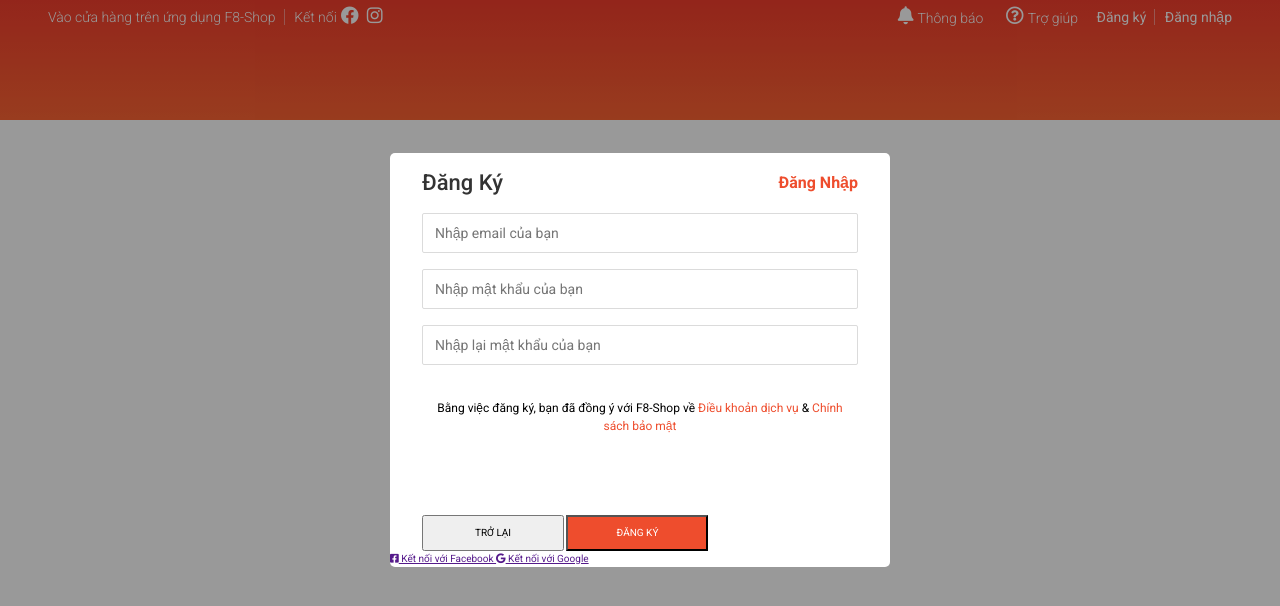
Repository: huynhnhan112/Shopee_Homepage
Page: index.html
An editor plug-in stored every save of this project. The page is shown before and after the next save, followed by the edit.
The browser window is 1280 px wide. The pictures show the whole page.

Above is the page before, as saved 2021-11-19 14:32:44.

### index.html
<!DOCTYPE html>
<html lang="en">

<head>
    <meta charset="UTF-8">
    <meta http-equiv="X-UA-Compatible" content="IE=edge">
    <meta name="viewport" content="width=device-width, initial-scale=1.0">
    <link rel="stylesheet" href="https://cdnjs.cloudflare.com/ajax/libs/normalize/8.0.1/normalize.min.css"
        integrity="sha512-NhSC1YmyruXifcj/KFRWoC561YpHpc5Jtzgvbuzx5VozKpWvQ+4nXhPdFgmx8xqexRcpAglTj9sIBWINXa8x5w=="
        crossorigin="anonymous" referrerpolicy="no-referrer" />
    <link rel="preconnect" href="https://fonts.googleapis.com">
    <link rel="preconnect" href="https://fonts.gstatic.com" crossorigin>
    <link href="https://fonts.googleapis.com/css2?family=Roboto:wght@100;300;400;500;700&display=swap" rel="stylesheet">
    <link rel="stylesheet" href="./assets/fonts/fontawesome-free-5.15.4/fontawesome-free-5.15.4-web/css/all.min.css">
    <link rel="stylesheet" href="./assets/css/base.css">
    <link rel="stylesheet" href="./assets/css/style.css">
    <title>F8 - Shop</title>
</head>

<body>
    <div class="app">
        <header class="header">
            <div class="grid">
                <nav class="header__navbar">
                    <ul class="header__navbar-list">
                        <li class="header__navbar-item header__navbar-item--qr header__navbar-item--separate">Vào cửa
                            hàng trên ứng dụng F8-Shop
                            <div class="header__qr">
                                <img src="./assets/img/qr_code.png" alt="QR code" class="header__qr-img">
                                <div class="header__qr-apps">
                                    <a href="" class="header__qr-link">
                                        <img src="./assets/img/google_play.png" alt="Google Play"
                                            class="header__qr-download">
                                    </a>
                                    <a href="" class="header__qr-link">
                                        <img src="./assets/img/app_store.png" alt="App Store"
                                            class="header__qr-download">
                                    </a>
                                </div>
                            </div>
                        </li>
                        <li class="header__navbar-item">
                            <span class="header__navbar-title">Kết nối</span>
                            <a href="#" class="header__navbar-icon-link">
                                <i class="header__navbar-icon fab fa-facebook"></i>
                            </a>
                            <a href="#" class="header__navbar-icon-link">
                                <i class="header__navbar-icon fab fa-instagram"></i>
                            </a>
                        </li>
                    </ul>
                    <ul class="header__navbar-list">
                        <li class="header__navbar-item header__navbar-item--show-notify">
                            <a href="#" class="header__navbar-item-link">
                                <i class="header__navbar-icon fas fa-bell"></i>
                                Thông báo
                            </a>
                            <div class="header__notify">
                                <header class="header__notify-header">
                                    <h3>Thông Báo Mới Nhận</h3>
                                </header>
                                <ul class="header__notify-list">
                                    <li class="header__notify-item header__notify-item--viewed">
                                        <a href="" class="header__notify-link">
                                            <img src="https://img.abaha.vn/photos/origin/83-1586781803-myphamohui-lgvina.png"
                                                alt="" class="header__notify-img">
                                            <div class="header__notify-info">
                                                <span class="header__notify-name">Ohui chính thức ra mắt dòng son
                                                    lì mới The First Genture Lipstick</span>
                                                <span class="header__notify-description">Một lần môi căng mềm, quyến
                                                    rũ với sắc màu nổi bật luôn là điều mà các quý cô ao
                                                    ước</span>
                                            </div>
                                        </a>
                                    </li>
                                    <li class="header__notify-item header__notify-item--viewed">
                                        <a href="" class="header__notify-link">
                                            <img src="https://img.abaha.vn/photos/origin/83-1586781803-myphamohui-lgvina.png"
                                                alt="" class="header__notify-img">
                                            <div class="header__notify-info">
                                                <span class="header__notify-name">Xác thực chính hãng nguồn gốc
                                                    các sản phẩm Ohui</span>
                                                <span class="header__notify-description">HiddenTag là xác thực hàng
                                                    chính hãng bằng công nghệ tiên tiến nhất hiện nay</span>
                                            </div>
                                        </a>
                                    </li>
                                    <li class="header__notify-item">
                                        <a href="" class="header__notify-link">
                                            <img src="https://img.abaha.vn/photos/origin/83-1586781803-myphamohui-lgvina.png"
                                                alt="" class="header__notify-img">
                                            <div class="header__notify-info">
                                                <span class="header__notify-name">Sale sốc bộ dưỡng Ohui The First
                                                    tái tạo trả hóa da SALE OFF 70%</span>
                                                <span class="header__notify-description">Giá chỉ còn 375.000(giá
                                                    gốc 1.250.000 vnđ)</span>
                                            </div>
                                        </a>
                                    </li>
                                </ul>
                                <footer class="header__notify-footer">
                                    <a href="" class="header__notify-footer-btn">Xem tất cả</a>
                                </footer>
                            </div>
                        </li>
                        <li class="header__navbar-item">
                            <a href="#" class="header__navbar-item-link">
                                <i class="header__navbar-icon far fa-question-circle"></i>
                                Trợ giúp
                            </a>
                        </li>
                        <li class="header__navbar-item header__navbar-item--strong header__navbar-item--separate">Đăng
                            ký</li>
                        <li class="header__navbar-item header__navbar-item--strong">Đăng nhập</li>
                    </ul>
                </nav>
            </div>
        </header>

        <div class="container">

        </div>

        <footer class="footer">

        </footer>
    </div>

    <!-- Modal Layout -->
    <div class="modal">
        <div class="modal__overclay"></div>
        <div class="modal__body">

            <!-- Authen form -->
            <div class="auth-form">
                <div class="auth-form__container">
                    <div class="auth-form__header">
                        <h3 class="auth-form__heading">Đăng Ký</h3>
                        <span class="auth-form__switch-btn">Đăng Nhập</span>
                    </div>
                    <div class="auth-form__form">
                        <div class="auth-form__group">
                            <input type="text" class="auth-form__input" placeholder="Nhập email của bạn">
                        </div>
                        <div class="auth-form__group">
                            <input type="text" class="auth-form__input" placeholder="Nhập mật khẩu của bạn">
                        </div>
                        <div class="auth-form__group">
                            <input type="text" class="auth-form__input" placeholder="Nhập lại mật khẩu của bạn">
                        </div>
                    </div>
                    <div class="auth-form__aside">
                        <p>Bằng việc đăng ký, bạn đã đồng ý với F8-Shop về <a href="#">Điều khoản dịch
                                vụ</a> & <a href="#">Chính sách bảo mật</a></p>
                    </div>
                    <div class="auth-form__controls">
                        <button class="btn">TRỞ LẠI</button>
                        <button class="btn btn--primary">ĐĂNG KÝ</button>
                    </div>
                </div>
                <div class="auth-form__socials">
                    <a href="" class="btn btn--with--icon">
                        <i class="fab fa-facebook-square"></i>
                        Kết nối với Facebook
                    </a>
                    <a href="" class="btn btn--with--icon">
                        <i class="fab fa-google"></i>
                        Kết nối với Google
                    </a>
                </div>
            </div>
        </div>
    </div>
</body>

</html>

### assets/css/base.css
:root{
    --white-color: #fff;
    --black-color: #000;
    --text-color: #333;
    --primary-color: #ee4d2d;
    --border-color: #dbdbdb;
}

*{
    box-sizing: inherit;
}

html{
    font-size: 62.5%;
    line-height: 1.6rem;
    font-family: 'Roboto', sans-serif;
    box-sizing: border-box;
}

.grid{
    width: 1200px;
    max-width: 100%;
    margin: 0 auto;
}

.grid__full_width{
    width: 100%;
}

.gid__row{
    display: flex;
    flex-wrap: wrap;
}

@keyframes fadeIn {
    from{
        opacity: 0;
    }
    to{
        opacity: 1;
    }
}

/* Modal */
.modal{
    position: fixed;
    top: 0;
    left: 0;
    right: 0;
    bottom: 0;
    display: flex;
}

.modal__overclay{
    position: absolute;
    width: 100%;
    height: 100%;
    background-color: rgba(0,0,0,0.4);
}

.modal__body{
    position: relative;
    background-color: var(--white-color);
    margin: auto;
    z-index: 1;
    border-radius: 5px;
}

/* Button style */
.btn{
    min-width: 142px;
    height: 36px;
}

.btn.btn--primary{
    background-color: var(--primary-color);
    color: var(--white-color);
}

### assets/css/style.css
.header{
    height: 120px;
    background-image: linear-gradient(0, #fe6433, #f53e2d);
}

.header__navbar{
    display: flex;
    justify-content: space-between;
    min-height: 26px;
}

.header__navbar-list{
    list-style: none;
    padding-left: 0;
    margin-top: 4px;
}

.header__navbar-item{
    margin: 0 8px;
    position: relative;
    min-height: 26px;
}

.header__navbar-item,
.header__navbar-item-link{
    display: inline-block;
    font-size: 1.4rem;
    color: var(--white-color);
    text-decoration: none;
    font-weight: 300;
}

.header__navbar-item,
.header__navbar-item-link,
.header__navbar-icon-link{
    display: inline-flex;
    align-items: center;
}

.header__navbar-item:hover,
.header__navbar-item-link:hover,
.header__navbar-icon-link:hover{
    color: rgba(255,255,255, 0.7);
    cursor: pointer;
}

.header__navbar-item--strong{
    font-weight: 400;
}

.header__navbar-item--separate::after{
    content: '';
    display: block;
    position: absolute;
    border-left: 1px solid #FB9086;
    height: 16px;
    right: -9px;
    top: 50%;
    transform: translateY(-50%);
}

.header__navbar-icon-link{
    color: var(--white-color);
    text-decoration: none;
}

.header__navbar-icon{
    font-size: 1.8rem;
    margin: 0 4px 5px;
}

.header__navbar-title{
    cursor: text;
    color: var(--white-color);
}

/* Header QR Code */
.header__qr{
    background-color: var(--white-color);
    width: 186px;
    position: absolute;
    left: 0;
    top: 160%;
    padding: 8px;
    border-radius: 2px;
    display: none;
    animation: fadeIn ease-in-out 0.3s;
}

.header__qr::before{
    content: '';
    position: absolute;
    display: block;
    width: 100%;
    height: 20px;
    top: -16px;
    left: 0;
}

.header__navbar-item--qr:hover .header__qr{
    display: block;
}

.header__qr-img{
    width: 100%;
}

.header__qr-apps{
    display: flex;
    justify-content: space-between;
}

.header__qr-link:first-child{
    margin-left: 11px;
}

.header__qr-link:last-child{
    margin-right: 11px;
}

.header__qr-download{
    height: 15px;
}

/* Header Notifycation */
.header__notify{
    position: absolute;
    top: 150%;
    right: 0;
    width: 404px;
    border: 1px solid #d3d3d3;
    background-color: var(--white-color);
    cursor: default;
    transform-origin: calc(100% - 20px) top;
    animation: headerNotify ease-in-out 0.3s;
    will-change: opacity, transform;
    display: none;
}

.header__notify::before{
    content: '';
    border: 20px solid;
    border-color: transparent transparent var(--white-color) transparent;
    position: absolute;
    right: 10px;
    top: -29px;
}

.header__notify::after{
    content: '';
    display: block;
    width: 90px;
    height: 20px;
    position: absolute;
    right: 0;
    top: -15px;
}

@keyframes headerNotify {
    from{
        transform: scale(0);
        opacity: 0;
    }
    to{
        transform: scale(1);
        opacity: 1;
    }
}

.header__navbar-item--show-notify:hover .header__notify{
    display: block;
}

.header__notify-header{
    height: 40px;
    background-color: var(--white-color);
}

.header__notify-header h3{
    color: #999;
    margin: 0 0 0 12px;
    font-weight: 400;
    font-size: 1.5rem;
    line-height: 40px;
    user-select: none;
}

.header__notify-list{
    padding-left: 0;
}

.header__notify-item{
    display: flex;
}

.header__notify-item:hover{
    background-color: #f7f7f7;
}

.header__notify-item--viewed{
    background-color: rgba(238,75,43,0.08);
}

.header__notify-link{
    display: flex;
    width: 100%;
    padding: 12px;
    text-decoration: none;
}

.header__notify-img{
    width: 48px;
    object-fit: contain;
}

.header__notify-info{
    margin-left: 1.2rem;
    /* line-height: 2.4rem; */
}

.header__notify-name{
    display: block;
    font-size: 1.4rem;
    color: var(--text-color);
    font-weight: 500;
    line-height: 1.8rem;
}

.header__notify-description{
    display: block;
    font-size: 1.2rem;
    color: #756f6e;
    font-weight: 400;
    margin-top: 0.4rem;
}

.header__notify-footer{
    text-align: center;
}

.header__notify-footer-btn{
    text-decoration: none;
    color: var(--text-color);
    padding: 16px 0;
    width: 100%;
    display: block;
    font-weight: 500;
}

/* Authencation Form */
.auth-form{
    width: 500px;
}

.auth-form__container{
    margin: 0 32px;
}

.auth-form__header{
    display: flex;
    align-items: center;
    justify-content: space-between;
}

.auth-form__heading{
    font-size: 2.2rem;
    font-weight: 500;
    color: var(--text-color);
}

.auth-form__switch-btn{
    font-size: 1.6rem;
    color: var(--primary-color);
    font-weight: 600;
    cursor: pointer;
}

.auth-form__input{
    height: 4rem;
    width: 100%;
    margin-bottom: 1.6rem;
    padding: 0 1.2rem;
    font-size: 1.4rem;
    border: 1px solid var(--border-color);
    border-radius: 2px;
    outline: none;
}

.auth-form__input:focus{
    border-color: #888;
}

.auth-form__aside{
    margin-top: 1.8rem;
}

.auth-form__aside p{
    font-size: 1.2rem;
    line-height: 1.8rem;
    text-align: center;
    padding: 0 1.2rem;
}

.auth-form__aside a{
    text-decoration: none;
    color: var(--primary-color);
}

.auth-form__controls{
    margin-top: 80px;
}

Loaded but not shown: assets/fonts/fontawesome-free-5.15.4/fontawesome-free-5.15.4-web/css/all.min.css (library)

After the next save:
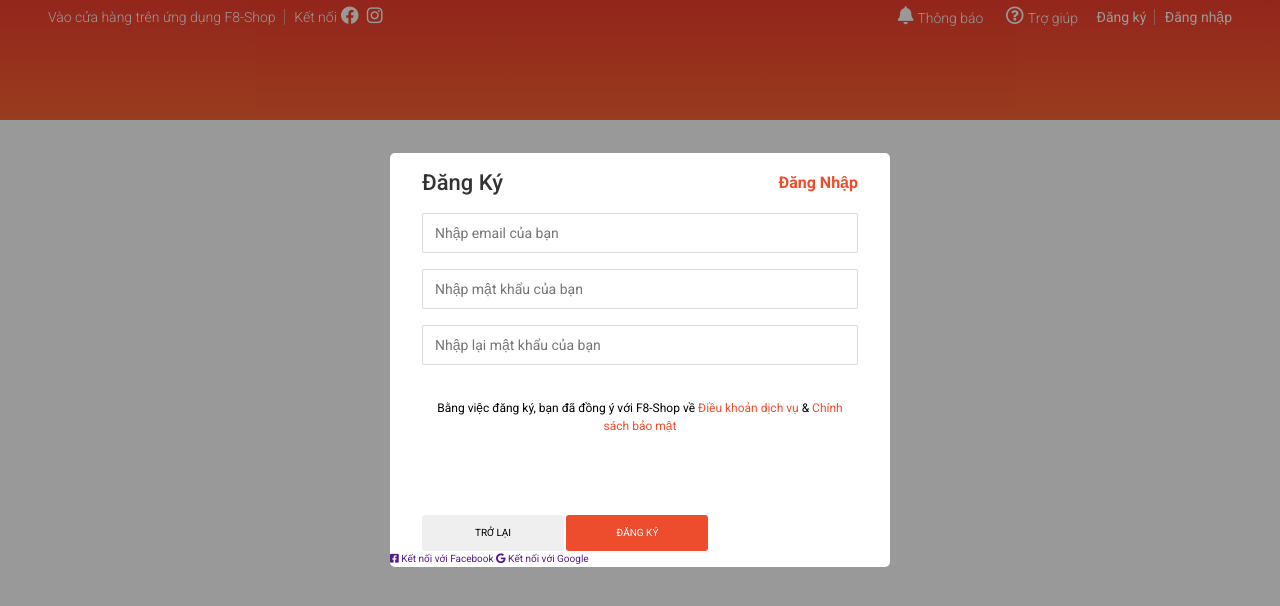
Saved 34 s later.
--- a/assets/css/base.css
+++ b/assets/css/base.css
@@ -70,6 +70,9 @@
 .btn{
     min-width: 142px;
     height: 36px;
+    text-decoration: none;
+    border: none;
+    border-radius: 3px;
 }
 
 .btn.btn--primary{
